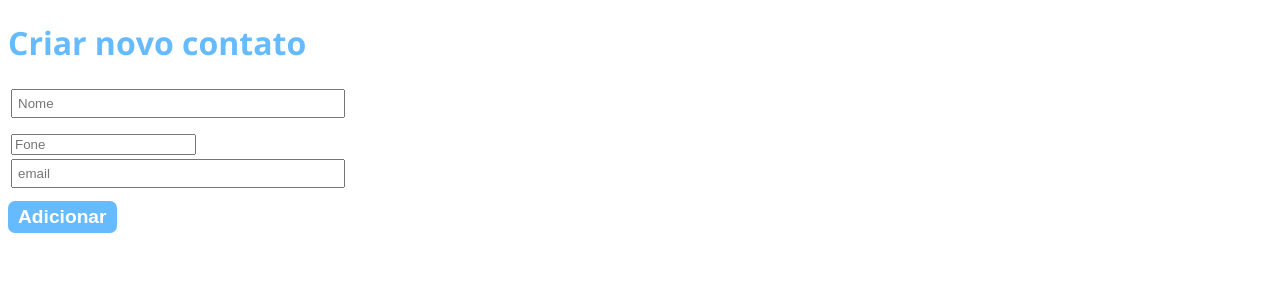
Repository: ricardoalves21/JavaWeb
Page: http://localhost/agenda/novo.html
The author's editor kept a copy of each file at every save. The page is drawn from the files as they stood at one save, then again after the next save.
The browser window is 1280 px wide. The pictures show the whole page.
The page is served by Tomcat 9. Other server files are loaded and not shown.

Above is the page before, as saved 2021-06-14 16:16:51.

### projeto_agenda/agenda/WebContent/novo.html
<!DOCTYPE html>
<html lang="pt-br">
<head>
<meta charset="utf-8">
<title>Agenda de Contatos</title>
<link rel="icon" href="imagens/Graphicloads-100-Flat-Phone.ico">
<link rel="stylesheet" href="style.css">
</head>
<body>
	<h1>Criar novo contato</h1>
	<form name="frmContato" action="">
		<table>
			<tr>
				<td><input type="text" name="nome" placeholder="Nome" class="Caixa1"></td>
			</tr>
			<tr>
				<td><input type="text" name="fone" placeholder="Fone"></td>
			</tr>
			<tr>
				<td><input type="text" name="email" placeholder="email" class="Caixa1"></td>
			</tr>
		</table>
		<input type="button" value="Adicionar" class="Botao1">
	</form>
</body>
</html>

### projeto_agenda/agenda/WebContent/style.css
@charset "utf-8";
@import url('https://fonts.googleapis.com/css2?family=Open+Sans:wght@400;700&display=swap');

body {
	font-family: 'Open Sans', sans-serif;
	font-size: 1em;
	font-weight: 400;
}

h1 {
	color: #66bbff;
}

.Botao1 {
	text-decoration: none;
	background-color: #66bbff;
	padding: 5px 10px 5px 10px;
	border-radius: 7px;
	color: #fff;
	font-size: 1.2em;
	font-weight: 700;
	border: 0;
	cursor: pointer;
}

.Caixa1 {
	width: 320px;
	padding: 5px;
	margin-bottom: 10px;
}

After the next save:
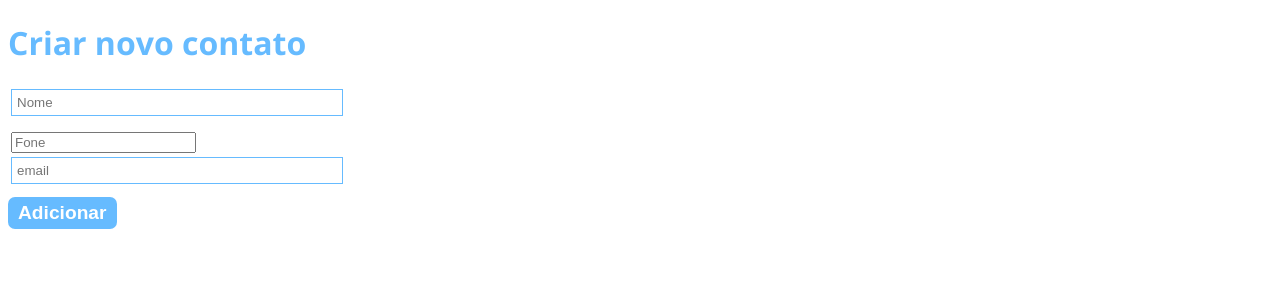
Saved 35 s later.
--- a/projeto_agenda/agenda/WebContent/style.css
+++ b/projeto_agenda/agenda/WebContent/style.css
@@ -27,4 +27,5 @@ h1 {
 	width: 320px;
 	padding: 5px;
 	margin-bottom: 10px;
+	border: 1px solid #66bbff;
 }
